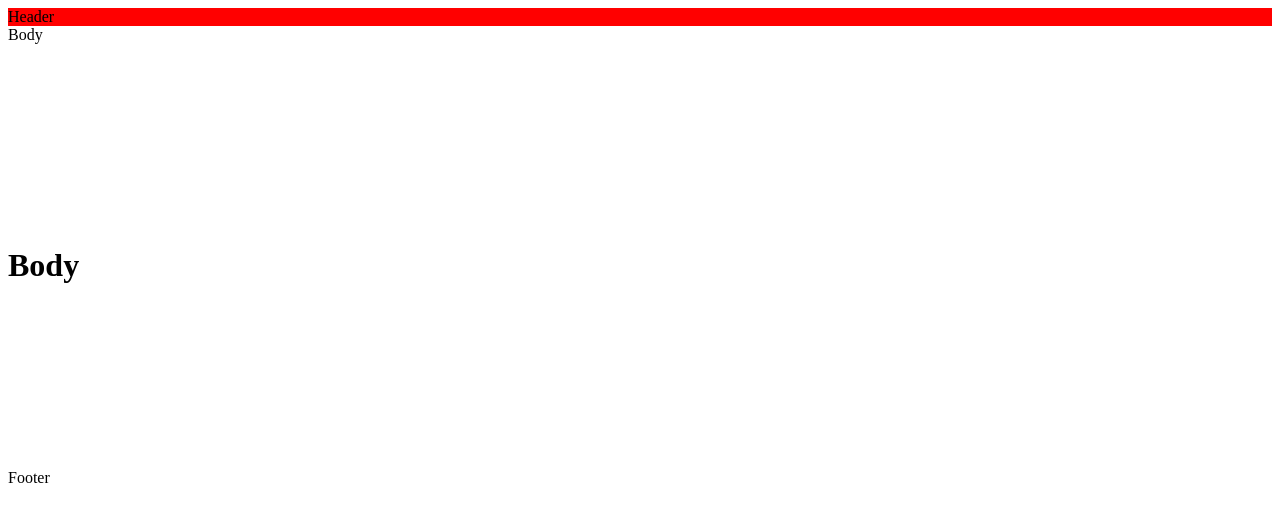
Repository: saekato/HTML
Page: about.html
The author's editor kept a record of every edit. The page is drawn from the files as they stood at one moment, then again after the next edit.
The browser window is 1280 px wide. The pictures show the whole page.

Above is the page before.

After the next edit:
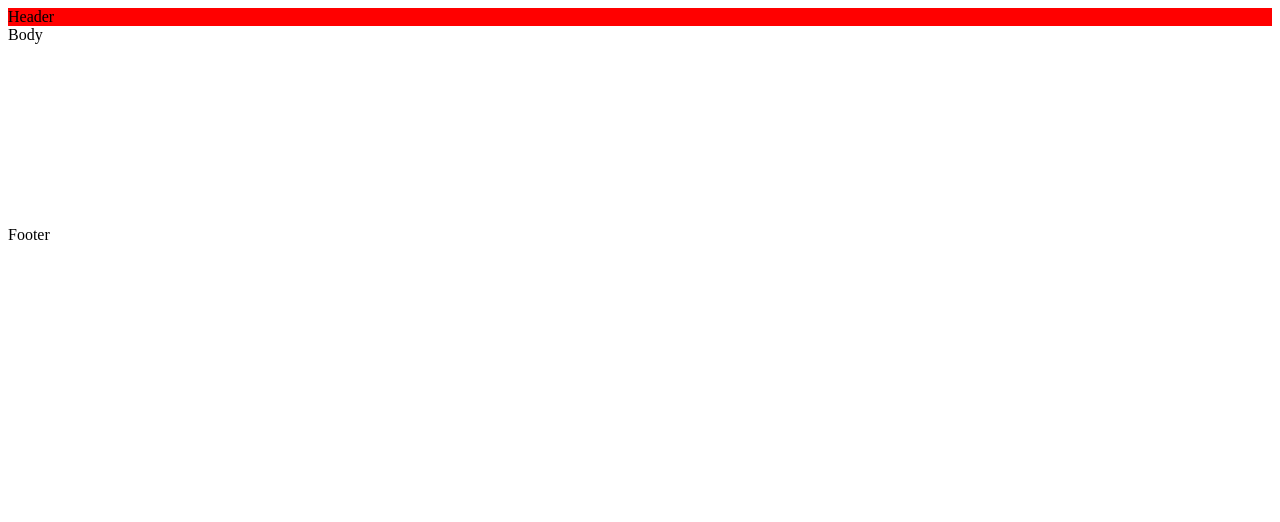
The edit:
--- a/about.html
+++ b/about.html
@@ -19,7 +19,6 @@
        <div class="size">
            Body
        </div>
-        <h1 class="size">Body</h1>
         <footer>
             Footer
         </footer>
